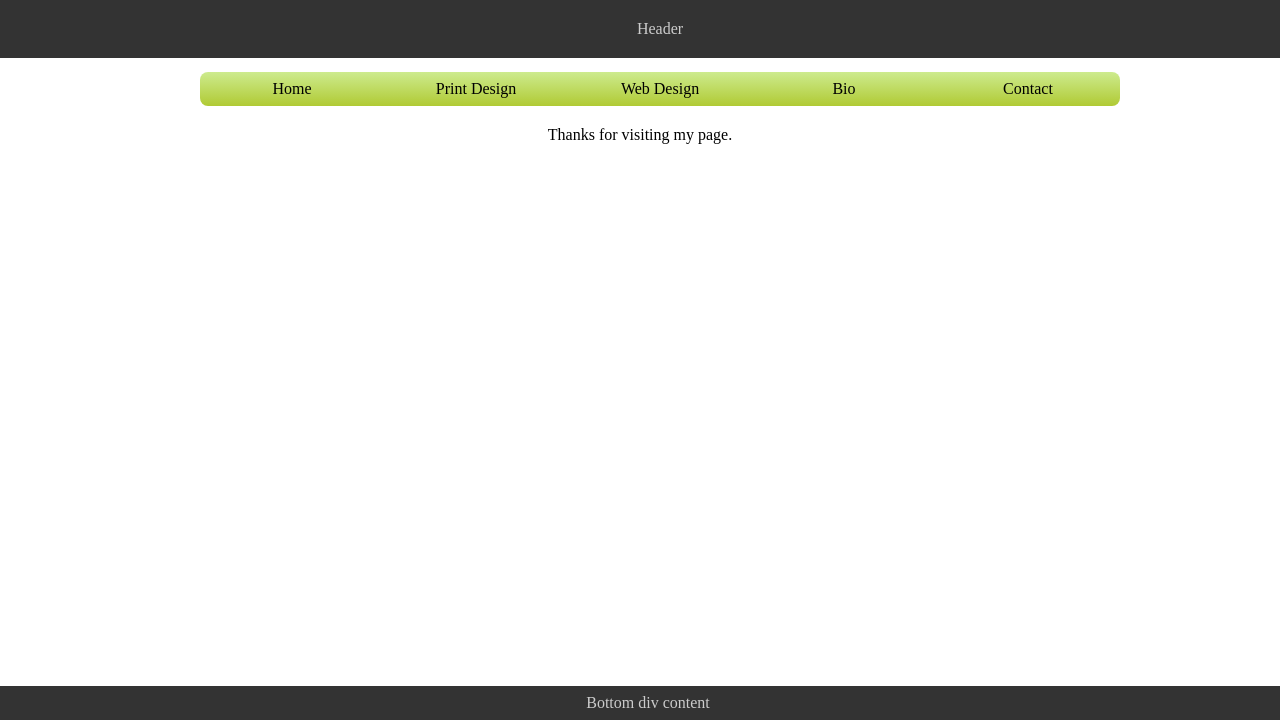
Repository: movitkr/testjava
Page: http://localhost/JavaSP/
An editor plug-in stored every save of this project. The page is shown before and after the next save, followed by the edit.
The browser window is 1280 px wide. The pictures show the whole page.
The page is served by Tomcat 9.

Above is the page before, as saved 2016-02-03 10:25:24.

### JavaSP/WebContent/main.jsp
<%@ page language="java" contentType="text/html; charset=UTF-8"
    pageEncoding="UTF-8"%>
<!DOCTYPE html PUBLIC "-//W3C//DTD HTML 4.01 Transitional//EN" "http://www.w3.org/TR/html4/loose.dtd">
<html>
<head>
<meta http-equiv="Content-Type" content="text/html; charset=UTF-8">
<title>Insert title here</title>
<link rel="stylesheet" type="text/css" href="a.css">
</head>
<body>
<%@ include file="header.jsp" %>
<%@ include file="nav.html" %>
<center>
<p>Thanks for visiting my page.</p>
</center>
<%@ include file="footer.jsp" %>
</body>
</html>

### JavaSP/WebContent/header.jsp
<%@ page language="java" contentType="text/html; charset=UTF-8"
    pageEncoding="UTF-8"%>
<!DOCTYPE html PUBLIC "-//W3C//DTD HTML 4.01 Transitional//EN" "http://www.w3.org/TR/html4/loose.dtd">
<html>
<style type="text/css">
div#fixedheader {
	position:fixed;
	top:0px;
	left:0px;
	width:100%;
	color:#CCC;
	background:#333;
	padding:20px;
}

</style>
<head>
<title>The include Directive Example</title>
</head>
<body>
<center>
<p>
<div id="fixedheader">Header</div>
</p>
</center>
<br/><br/>

### JavaSP/WebContent/nav.html
<!DOCTYPE html>
<html>
<head>
<link rel="stylesheet" type="text/css" href="a.css">
</head>

<nav>
  <ul>
    <li>
       <a href="#">Home</a>
    </li>
    <li>
      <a href="#">Print Design</a>
    </li>
    <li>
      <a href="#">Web Design</a>
    </li>
    <li>
      <a href="#">Bio</a>
    </li>
    <li>
      <a href="#">Contact</a>
    </li>
  </ul>
</nav>

</html>

### JavaSP/WebContent/footer.jsp
<%@ page language="java" contentType="text/html; charset=UTF-8"
    pageEncoding="UTF-8"%>
<!DOCTYPE html PUBLIC "-//W3C//DTD HTML 4.01 Transitional//EN" "http://www.w3.org/TR/html4/loose.dtd">
<html>
<style type="text/css">

div#fixedfooter {
	position:fixed;
	bottom:0px;
	left:0px;
	width:100%;
	color:#CCC;
	background:#333;
	padding:8px;
}
</style>
<head>
<meta http-equiv="Content-Type" content="text/html; charset=UTF-8">
<title>Insert title here</title>
</head>
<body>
<br/><br/>
<center>
<p>
<div id="fixedfooter">Bottom div content</div>
</p>
</center>
</body>
</html>

### JavaSP/WebContent/a.css
body {

  width: 100%;

  max-width: 960px;

  margin: 0 auto; }

nav {

  width: 100%;

  margin: 20px 0; }

nav ul {

  list-style: none;

  overflow: hidden; }

nav ul li {

  float: left;

  width: 20%; }

nav ul li a {

  text-align: center;

  padding: 8px 0;

  display: block;

  width: 100%;

  background: #cdeb8e; /* Old browsers */

  background: -moz-linear-gradient(top, #cdeb8e 0%, #b0ca34 100%); /* FF3.6+ */

  background: -webkit-gradient(linear, left top, left bottom, color-stop(0%,#cdeb8e), color-stop(100%,#b0ca34)); /* Chrome,Safari4+ */

  background: -webkit-linear-gradient(top, #cdeb8e 0%,#b0ca34 100%); /* Chrome10+,Safari5.1+ */

  background: -o-linear-gradient(top, #cdeb8e 0%,#b0ca34 100%); /* Opera 11.10+ */

  background: linear-gradient(to bottom, #cdeb8e 0%,#b0ca34 100%); /* W3C, IE10+ */

  filter: progid:DXImageTransform.Microsoft.gradient( startColorstr='#cdeb8e', endColorstr='#b0ca34',GradientType=0 ); /* IE6-9 */

  endColorstr='#b0ca34',GradientType=0 ); /* IE6-9 */

}

nav ul li a,

nav ul li a:focus,

nav ul li a:visited,

nav ul li a:hover,

nav ul li a:active {

  color: #000;

  text-decoration: none; }

nav ul li a:hover,

nav ul li a:active {

  background: #b0ca34; /* Old browsers */

  background: -moz-linear-gradient(top, #b0ca34 0%, #96c40d 100%); /* FF3.6+ */

  background: -webkit-gradient(linear, left top, left bottom, color-stop(0%,#b0ca34), color-stop(100%,#96c40d)); /* Chrome,Safari4+ */

  background: -webkit-linear-gradient(top, #b0ca34 0%,#96c40d 100%); /* Chrome10+,Safari5.1+ */

  background: -o-linear-gradient(top, #b0ca34 0%,#96c40d 100%); /* Opera 11.10+ */

  background: linear-gradient(to bottom, #b0ca34 0%,#96c40d 100%); /* W3C, IE10+ */

  filter: progid:DXImageTransform.Microsoft.gradient( startColorstr='#b0ca34', endColorstr='#96c40d',GradientType=0 ); /* IE6-9 */

}

nav ul li:first-child a {

  border-top-left-radius: 8px;

  border-bottom-left-radius: 8px; }

nav ul li:last-child a {

  border-top-right-radius: 8px;

  border-bottom-right-radius: 8px; }

### JavaSP/WebContent/mainbody.css
@CHARSET "UTF-8";
body {
	background-color: #CCC;
	margin:80px 80px 100px 100px;
}

After the next save:
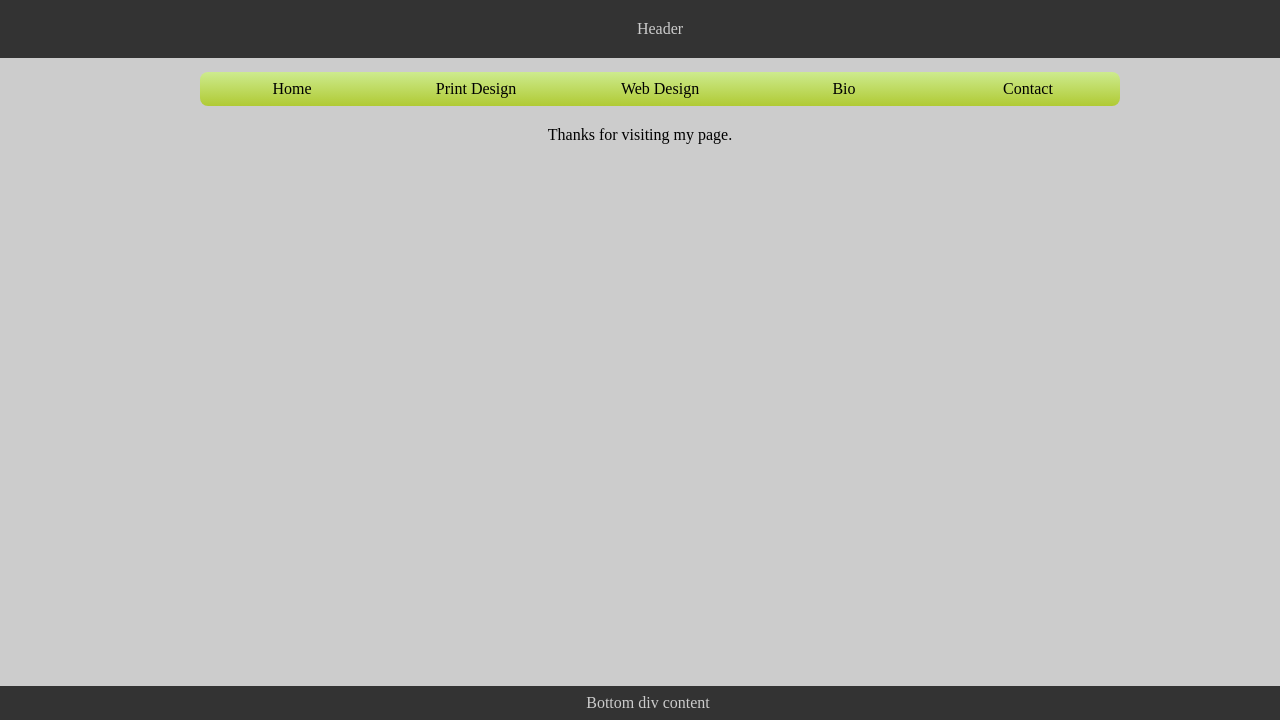
Saved 31 s later.
--- a/JavaSP/WebContent/main.jsp
+++ b/JavaSP/WebContent/main.jsp
@@ -5,7 +5,7 @@
 <head>
 <meta http-equiv="Content-Type" content="text/html; charset=UTF-8">
 <title>Insert title here</title>
-<link rel="stylesheet" type="text/css" href="a.css">
+<link rel="stylesheet" type="text/css" href="mainbody.css">
 </head>
 <body>
 <%@ include file="header.jsp" %>
